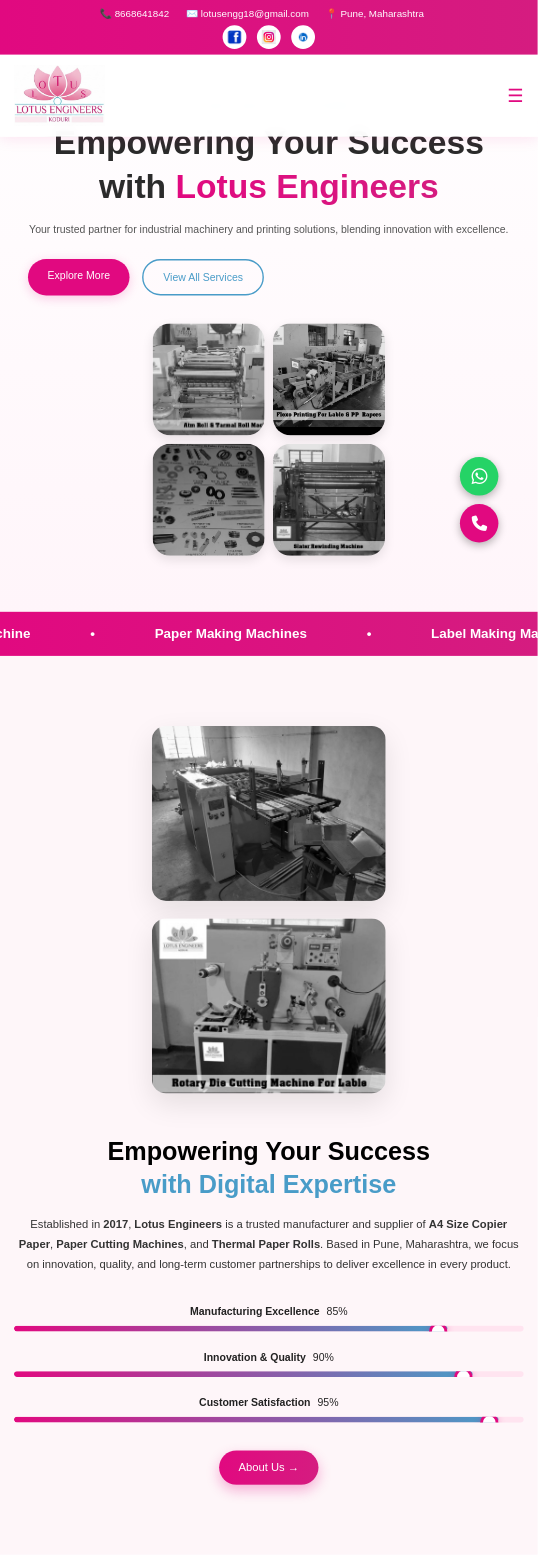
Repository: Khushichugh14/lotus-engineers
Page: index.html
These files come from the project's save history. The page is drawn as it stood at one moment and after the next save; the edit follows.
The browser window is 768 px wide. The pictures show the part of the page from y = 0 to 2240 px (the page is 6729 px tall), at 70% of full size.
A picture or video elsewhere on the page could not be fetched, so the positions and the page height are approximate.

Above is the page before, as saved 2025-12-24 11:09:09.

After the next save:
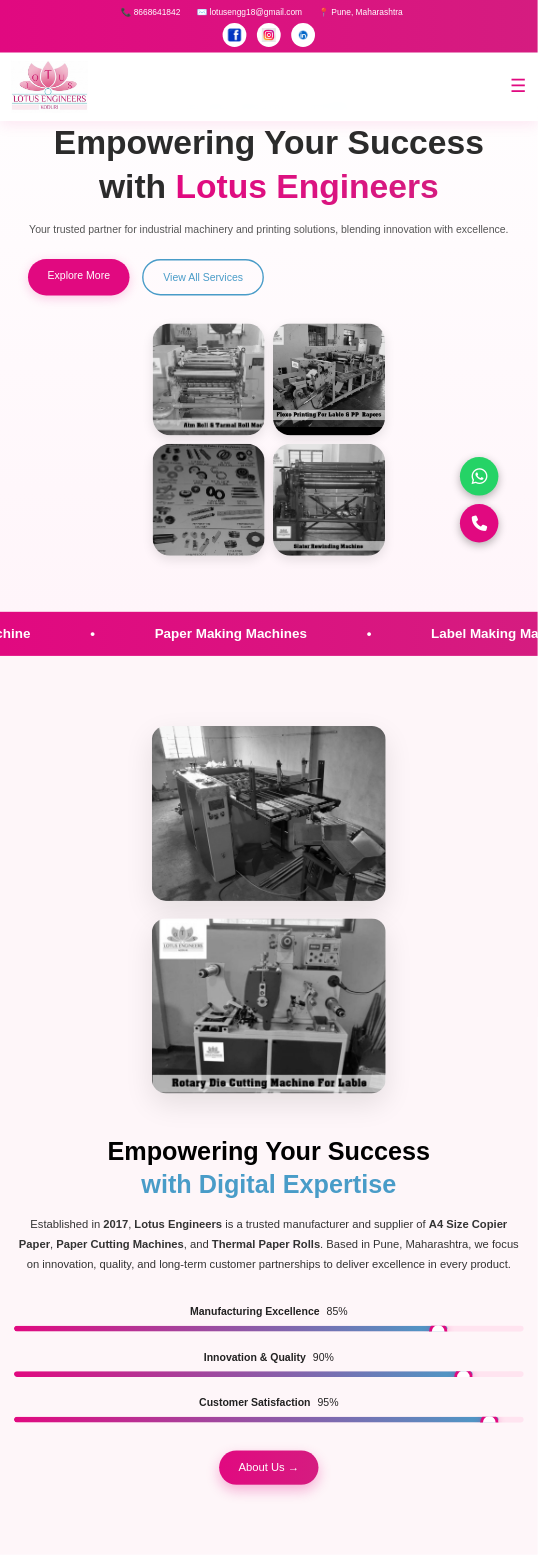
Saved 25 s later.
--- a/navbar.css
+++ b/navbar.css
@@ -224,3 +224,36 @@
     display: none;
   }
 }
+
+/* ==========================
+   RESPONSIVE – NAVBAR
+========================== */
+
+@media (max-width: 1024px) {
+  .search-box {
+    display: none;
+  }
+}
+
+@media (max-width: 768px) {
+  .top-bar {
+    flex-direction: column;
+    gap: 6px;
+    padding: 8px 16px;
+    text-align: center;
+    font-size: 12px;
+  }
+
+  .nav-container {
+    padding: 12px 16px;
+  }
+
+  .logo img {
+    width: 110px;
+  }
+
+  .nav-links {
+    right: 16px;
+    width: 220px;
+  }
+}
